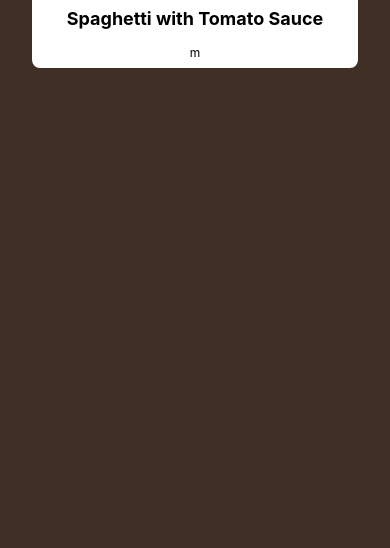
Repository: SyLe-Van/Food-Category-App
Screen: /, after clicking the first element matching `div.r-cursor-1loqt21`
The author's editor kept a copy of each file at every save. The screen is drawn from the files as they stood at one save, then again after the next save.
The pictures show rows 296 to 844 of an output 844 px tall.
The app was drawn by React Native's web renderer in a window 390 px wide. The project was rebuilt for these pictures with package versions that can differ from the ones it lists, and the page was loaded fresh each time. Also part of the build but not shown: screens/MealDetailScreen.js.

Above is the screen before, as saved 2024-02-19 20:34:53.

### App.js
import { StatusBar } from "expo-status-bar";
import { StyleSheet } from "react-native";
import { NavigationContainer } from "@react-navigation/native";
import { createNativeStackNavigator } from "@react-navigation/native-stack";

import CategoriesScreen from "./screens/CategoriesScreen";
import MealsOverviewScreen from "./screens/MealsOverViewScreen";
import MealDetailScreen from "./screens/MealDetailScreen";

const Stack = createNativeStackNavigator();

export default function App() {
  return (
    <>
      <StatusBar style="light" />
      <NavigationContainer>
        <Stack.Navigator
          screenOptions={{
            headerStyle: { backgroundColor: "#351401" },
            headerTintColor: "white",
            contentStyle: { backgroundColor: "#3f2f25" },
            headerBackTitle: "Back",
          }}
        >
          <Stack.Screen
            name="MealsCategories"
            component={CategoriesScreen}
            options={{
              title: "All Categories",
            }}
          />
          <Stack.Screen name="MealsOverview" component={MealsOverviewScreen} />
          <Stack.Screen name="MealDetail" component={MealDetailScreen} />
        </Stack.Navigator>
      </NavigationContainer>
    </>
  );
}

const styles = StyleSheet.create({
  container: {
    flex: 1,
    backgroundColor: "#fff",
    alignItems: "center",
    justifyContent: "center",
  },
});

### screens/CategoriesScreen.js
import { FlatList } from "react-native";
import { CATEGORIES } from "../data/dummy-data";
import CategoryGridTile from "../components/CategoryGridTile";

function CategoriesScreen({ navigation }) {
  function renderCategoryItem(itemData) {
    function pressHandler() {
      navigation.navigate("MealsOverview", {
        categoryId: itemData.item.id,
      });
    }
    return (
      <CategoryGridTile
        title={itemData.item.title}
        color={itemData.item.color}
        onPress={pressHandler}
      />
    );
  }
  return (
    <FlatList
      data={CATEGORIES}
      keyExtractor={(item) => item.id}
      renderItem={renderCategoryItem}
      numColumns={2}
    />
  );
}
export default CategoriesScreen;

### screens/MealsOverViewScreen.js
import { CATEGORIES, MEALS } from "../data/dummy-data";
import { useLayoutEffect } from "react";
import { View, Text, StyleSheet, FlatList } from "react-native";
import MealItem from "../components/MealItem";

function MealsOverviewScreen({ route, navigation }) {
  const catId = route.params.categoryId;

  const displayedMeals = MEALS.filter((mealItem) => {
    return mealItem.categoryIds.indexOf(catId) >= 0;
  });

  useLayoutEffect(() => {
    const categoryTitle = CATEGORIES.find(
      (category) => category.id === catId
    ).title;

    navigation.setOptions({
      title: categoryTitle,
    });
  }, [catId, navigation]);

  function renderMealItem(itemData) {
    const mealItemProps = {
      id: itemData.item.id,
      title: itemData.item.title,
      imageUrl: itemData.item.imageUrl,
      affordability: itemData.item.affordability,
      complexity: itemData.item.complexity,
      duaration: itemData.item.duaration,
    };

    return <MealItem {...mealItemProps} />;
  }

  return (
    <View style={styles.container}>
      <FlatList
        data={displayedMeals}
        keyExtractor={(item) => item.id}
        renderItem={renderMealItem}
      />
    </View>
  );
}
export default MealsOverviewScreen;

const styles = StyleSheet.create({
  container: {
    flex: 1,
    padding: 16,
  },
});

### data/dummy-data.js
import Category from "../models/category";
import Meal from "../models/meal";

export const CATEGORIES = [
  new Category("c1", "Italian", "#f5428d"),
  new Category("c2", "Quick & Easy", "#f54242"),
  new Category("c3", "Hamburgers", "#f5a442"),
  new Category("c4", "German", "#f5d142"),
  new Category("c5", "Light & Lovely", "#368dff"),
  new Category("c6", "Exotic", "#41d95d"),
  new Category("c7", "Breakfast", "#9eecff"),
  new Category("c8", "Asian", "#b9ffb0"),
  new Category("c9", "French", "#ffc7ff"),
  new Category("c10", "Summer", "#47fced"),
];

export const MEALS = [
  new Meal(
    "m1",
    ["c1", "c2"],
    "Spaghetti with Tomato Sauce",
    "affordable",
    "simple",
    "https://upload.wikimedia.org/wikipedia/commons/thumb/2/20/Spaghetti_Bolognese_mit_Parmesan_oder_Grana_Padano.jpg/800px-Spaghetti_Bolognese_mit_Parmesan_oder_Grana_Padano.jpg",
    20,
    [
      "4 Tomatoes",
      "1 Tablespoon of Olive Oil",
      "1 Onion",
      "250g Spaghetti",
      "Spices",
      "Cheese (optional)",
    ],
    [
      "Cut the tomatoes and the onion into small pieces.",
      "Boil some water - add salt to it once it boils.",
      "Put the spaghetti into the boiling water - they should be done in about 10 to 12 minutes.",
      "In the meantime, heaten up some olive oil and add the cut onion.",
      "After 2 minutes, add the tomato pieces, salt, pepper and your other spices.",
      "The sauce will be done once the spaghetti are.",
      "Feel free to add some cheese on top of the finished dish.",
    ],
    false,
    true,
    true,
    true
  ),

  new Meal(
    "m2",
    ["c2"],
    "Toast Hawaii",
    "affordable",
    "simple",
    "https://cdn.pixabay.com/photo/2018/07/11/21/51/toast-3532016_1280.jpg",
    10,
    [
      "1 Slice White Bread",
      "1 Slice Ham",
      "1 Slice Pineapple",
      "1-2 Slices of Cheese",
      "Butter",
    ],
    [
      "Butter one side of the white bread",
      "Layer ham, the pineapple and cheese on the white bread",
      "Bake the toast for round about 10 minutes in the oven at 200°C",
    ],
    false,
    false,
    false,
    false
  ),

  new Meal(
    "m3",
    ["c3"],
    "Classic Hamburger",
    "pricey",
    "simple",
    "https://cdn.pixabay.com/photo/2014/10/23/18/05/burger-500054_1280.jpg",
    45,
    [
      "300g Cattle Hack",
      "1 Tomato",
      "1 Cucumber",
      "1 Onion",
      "Ketchup",
      "2 Burger Buns",
    ],
    [
      "Form 2 patties",
      "Fry the patties for c. 4 minutes on each side",
      "Quickly fry the buns for c. 1 minute on each side",
      "Bruch buns with ketchup",
      "Serve burger with tomato, cucumber and onion",
    ],
    false,
    false,
    false,
    true
  ),

  new Meal(
    "m4",
    ["c4"],
    "Wiener Schnitzel",
    "luxurious",
    "challenging",
    "https://cdn.pixabay.com/photo/2018/03/31/19/29/schnitzel-3279045_1280.jpg",
    60,
    [
      "8 Veal Cutlets",
      "4 Eggs",
      "200g Bread Crumbs",
      "100g Flour",
      "300ml Butter",
      "100g Vegetable Oil",
      "Salt",
      "Lemon Slices",
    ],
    [
      "Tenderize the veal to about 2–4mm, and salt on both sides.",
      "On a flat plate, stir the eggs briefly with a fork.",
      "Lightly coat the cutlets in flour then dip into the egg, and finally, coat in breadcrumbs.",
      "Heat the butter and oil in a large pan (allow the fat to get very hot) and fry the schnitzels until golden brown on both sides.",
      "Make sure to toss the pan regularly so that the schnitzels are surrounded by oil and the crumbing becomes ‘fluffy’.",
      "Remove, and drain on kitchen paper. Fry the parsley in the remaining oil and drain.",
      "Place the schnitzels on awarmed plate and serve garnishedwith parsley and slices of lemon.",
    ],
    false,
    false,
    false,
    false
  ),

  new Meal(
    "m5",
    ["c2", "c5", "c10"],
    "Salad with Smoked Salmon",
    "luxurious",
    "simple",
    "https://cdn.pixabay.com/photo/2016/10/25/13/29/smoked-salmon-salad-1768890_1280.jpg",
    15,
    [
      "Arugula",
      "Lamb's Lettuce",
      "Parsley",
      "Fennel",
      "200g Smoked Salmon",
      "Mustard",
      "Balsamic Vinegar",
      "Olive Oil",
      "Salt and Pepper",
    ],
    [
      "Wash and cut salad and herbs",
      "Dice the salmon",
      "Process mustard, vinegar and olive oil into a dessing",
      "Prepare the salad",
      "Add salmon cubes and dressing",
    ],
    true,
    false,
    true,
    true
  ),

  new Meal(
    "m6",
    ["c6", "c10"],
    "Delicious Orange Mousse",
    "affordable",
    "hard",
    "https://cdn.pixabay.com/photo/2017/05/01/05/18/pastry-2274750_1280.jpg",
    240,
    [
      "4 Sheets of Gelatine",
      "150ml Orange Juice",
      "80g Sugar",
      "300g Yoghurt",
      "200g Cream",
      "Orange Peel",
    ],
    [
      "Dissolve gelatine in pot",
      "Add orange juice and sugar",
      "Take pot off the stove",
      "Add 2 tablespoons of yoghurt",
      "Stir gelatin under remaining yoghurt",
      "Cool everything down in the refrigerator",
      "Whip the cream and lift it under die orange mass",
      "Cool down again for at least 4 hours",
      "Serve with orange peel",
    ],
    true,
    false,
    true,
    false
  ),

  new Meal(
    "m7",
    ["c7"],
    "Pancakes",
    "affordable",
    "simple",
    "https://cdn.pixabay.com/photo/2018/07/10/21/23/pancake-3529653_1280.jpg",
    20,
    [
      "1 1/2 Cups all-purpose Flour",
      "3 1/2 Teaspoons Baking Powder",
      "1 Teaspoon Salt",
      "1 Tablespoon White Sugar",
      "1 1/4 cups Milk",
      "1 Egg",
      "3 Tablespoons Butter, melted",
    ],
    [
      "In a large bowl, sift together the flour, baking powder, salt and sugar.",
      "Make a well in the center and pour in the milk, egg and melted butter; mix until smooth.",
      "Heat a lightly oiled griddle or frying pan over medium high heat.",
      "Pour or scoop the batter onto the griddle, using approximately 1/4 cup for each pancake. Brown on both sides and serve hot.",
    ],
    true,
    false,
    true,
    false
  ),

  new Meal(
    "m8",
    ["c8"],
    "Creamy Indian Chicken Curry",
    "pricey",
    "challenging",
    "https://cdn.pixabay.com/photo/2018/06/18/16/05/indian-food-3482749_1280.jpg",
    35,
    [
      "4 Chicken Breasts",
      "1 Onion",
      "2 Cloves of Garlic",
      "1 Piece of Ginger",
      "4 Tablespoons Almonds",
      "1 Teaspoon Cayenne Pepper",
      "500ml Coconut Milk",
    ],
    [
      "Slice and fry the chicken breast",
      "Process onion, garlic and ginger into paste and sauté everything",
      "Add spices and stir fry",
      "Add chicken breast + 250ml of water and cook everything for 10 minutes",
      "Add coconut milk",
      "Serve with rice",
    ],
    true,
    false,
    false,
    true
  ),

  new Meal(
    "m9",
    ["c9"],
    "Chocolate Souffle",
    "affordable",
    "hard",
    "https://cdn.pixabay.com/photo/2014/08/07/21/07/souffle-412785_1280.jpg",
    45,
    [
      "1 Teaspoon melted Butter",
      "2 Tablespoons white Sugar",
      "2 Ounces 70% dark Chocolate, broken into pieces",
      "1 Tablespoon Butter",
      "1 Tablespoon all-purpose Flour",
      "4 1/3 tablespoons cold Milk",
      "1 Pinch Salt",
      "1 Pinch Cayenne Pepper",
      "1 Large Egg Yolk",
      "2 Large Egg Whites",
      "1 Pinch Cream of Tartar",
      "1 Tablespoon white Sugar",
    ],
    [
      "Preheat oven to 190°C. Line a rimmed baking sheet with parchment paper.",
      "Brush bottom and sides of 2 ramekins lightly with 1 teaspoon melted butter; cover bottom and sides right up to the rim.",
      "Add 1 tablespoon white sugar to ramekins. Rotate ramekins until sugar coats all surfaces.",
      "Place chocolate pieces in a metal mixing bowl.",
      "Place bowl over a pan of about 3 cups hot water over low heat.",
      "Melt 1 tablespoon butter in a skillet over medium heat. Sprinkle in flour. Whisk until flour is incorporated into butter and mixture thickens.",
      "Whisk in cold milk until mixture becomes smooth and thickens. Transfer mixture to bowl with melted chocolate.",
      "Add salt and cayenne pepper. Mix together thoroughly. Add egg yolk and mix to combine.",
      "Leave bowl above the hot (not simmering) water to keep chocolate warm while you whip the egg whites.",
      "Place 2 egg whites in a mixing bowl; add cream of tartar. Whisk until mixture begins to thicken and a drizzle from the whisk stays on the surface about 1 second before disappearing into the mix.",
      "Add 1/3 of sugar and whisk in. Whisk in a bit more sugar about 15 seconds.",
      "whisk in the rest of the sugar. Continue whisking until mixture is about as thick as shaving cream and holds soft peaks, 3 to 5 minutes.",
      "Transfer a little less than half of egg whites to chocolate.",
      "Mix until egg whites are thoroughly incorporated into the chocolate.",
      "Add the rest of the egg whites; gently fold into the chocolate with a spatula, lifting from the bottom and folding over.",
      "Stop mixing after the egg white disappears. Divide mixture between 2 prepared ramekins. Place ramekins on prepared baking sheet.",
      "Bake in preheated oven until scuffles are puffed and have risen above the top of the rims, 12 to 15 minutes.",
    ],
    true,
    false,
    true,
    false
  ),
  new Meal(
    "m10",
    ["c2", "c5", "c10"],
    "Asparagus Salad with Cherry Tomatoes",
    "luxurious",
    "simple",
    "https://cdn.pixabay.com/photo/2018/04/09/18/26/asparagus-3304997_1280.jpg",
    30,
    [
      "White and Green Asparagus",
      "30g Pine Nuts",
      "300g Cherry Tomatoes",
      "Salad",
      "Salt, Pepper and Olive Oil",
    ],
    [
      "Wash, peel and cut the asparagus",
      "Cook in salted water",
      "Salt and pepper the asparagus",
      "Roast the pine nuts",
      "Halve the tomatoes",
      "Mix with asparagus, salad and dressing",
      "Serve with Baguette",
    ],
    true,
    true,
    true,
    true
  ),
];

### components/CategoryGridTile.js
import { Pressable, View, Text, StyleSheet, Platform } from "react-native";
import { useNavigation } from "@react-navigation/native";
function CategoryGridItem({ title, color, onPress, Navigation }) {
  return (
    <View style={styles.gridItem}>
      <Pressable
        style={({ pressed }) => [
          styles.button,
          pressed ? styles.buttonPressed : null,
        ]}
        onPress={onPress}
      >
        <View style={[styles.innerContainer, { backgroundColor: color }]}>
          <Text style={styles.title}>{title}</Text>
        </View>
      </Pressable>
    </View>
  );
}
export default CategoryGridItem;

const styles = StyleSheet.create({
  gridItem: {
    flex: 1,
    margin: 16,
    height: 150,
    borderRadius: 8,
    backgroundColor: "white",
    shadowColor: "black",
    shadowOpacity: 0.25,
    shadowOffset: { width: 0, height: 2 },
    shadowOffset: 8,
    overflow: Platform.OS === "android" ? "hidden" : "visible",
  },
  button: {
    flex: 1,
  },
  buttonPressed: {
    opacity: 0.5,
  },
  innerContainer: {
    flex: 1,
    justifyContent: "center",
    padding: 16,
    alignItems: "center",
    borderRadius: 8,
  },
  title: {
    fontWeight: "bold",
    fontSize: 18,
  },
});

### components/MealItem.js
import {
  View,
  Text,
  Pressable,
  Image,
  StyleSheet,
  Platform,
} from "react-native";
import { useNavigation } from "@react-navigation/native";
import MealDetails from "./MealDetails";
function MealItem({
  id,
  title,
  imageUrl,
  duration,
  complexity,
  affordability,
}) {
  const navigation = useNavigation();

  function selectMealItemHandler() {
    navigation.navigate("MealDetail", {
      mealId: id,
    });
  }

  return (
    <View style={styles.mealItem}>
      <Pressable
        style={({ pressed }) => (pressed ? styles.buttonPressed : null)}
        onPress={selectMealItemHandler}
      >
        <View style={styles.innerContainer}>
          <View>
            <Image source={{ uri: imageUrl }} style={styles.image} />
            <Text style={styles.title}>{title}</Text>
          </View>
          <MealDetails />
        </View>
      </Pressable>
    </View>
  );
}

export default MealItem;

const styles = StyleSheet.create({
  innerContainer: {
    borderRadius: 8,
    overflow: "hidden",
  },
  image: {
    width: "100%",
    height: 200,
  },
  title: {
    fontWeight: "bold",
    textAlign: "center",
    fontSize: 18,
    margin: 8,
  },
  mealItem: {
    margin: 16,
    borderRadius: 8,
    overflow: Platform.OS === "android" ? "hidden" : "visible",
    backgroundColor: "white",
    shadowColor: "black",
    shadowOpacity: 0.35,
    shadowOffset: { width: 0, height: 2 },
    shadowOffset: 16,
  },

  buttonPressed: {
    opacity: 0.5,
  },
});

### components/MealDetails.js
import { View, Text, StyleSheet } from "react-native";
function MealDetails({ duration, complexity, affordability }) {
  return (
    <View style={styles.details}>
      <Text style={styles.detailItem}>{duration}m</Text>
      {complexity && (
        <Text style={styles.detailItem}>{complexity.toUpperCase()}</Text>
      )}
      {affordability && (
        <Text style={styles.detailItem}>{affordability.toUpperCase()}</Text>
      )}
    </View>
  );
}
export default MealDetails;

const styles = StyleSheet.create({
  details: {
    flexDirection: "row",
    alignItems: "center",
    padding: 8,
    justifyContent: "center",
  },
  detailItem: {
    marginHorizontal: 4,
    fontSize: 12,
  },
});

Loaded but not shown: models/category.js (common file); models/meal.js (common file)

After the next save:
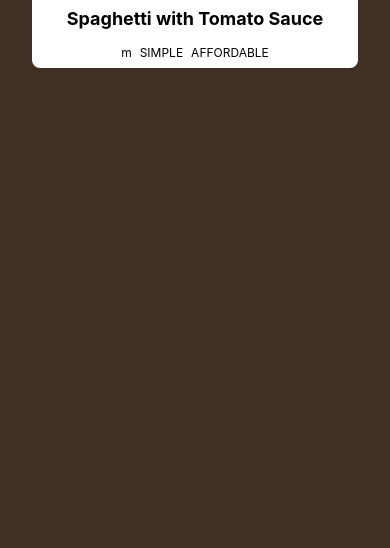
Saved 1 s later.
--- a/components/MealItem.js
+++ b/components/MealItem.js
@@ -35,7 +35,11 @@ function MealItem({
             <Image source={{ uri: imageUrl }} style={styles.image} />
             <Text style={styles.title}>{title}</Text>
           </View>
-          <MealDetails />
+          <MealDetails
+            duration={duration}
+            complexity={complexity}
+            affordability={affordability}
+          />
         </View>
       </Pressable>
     </View>
